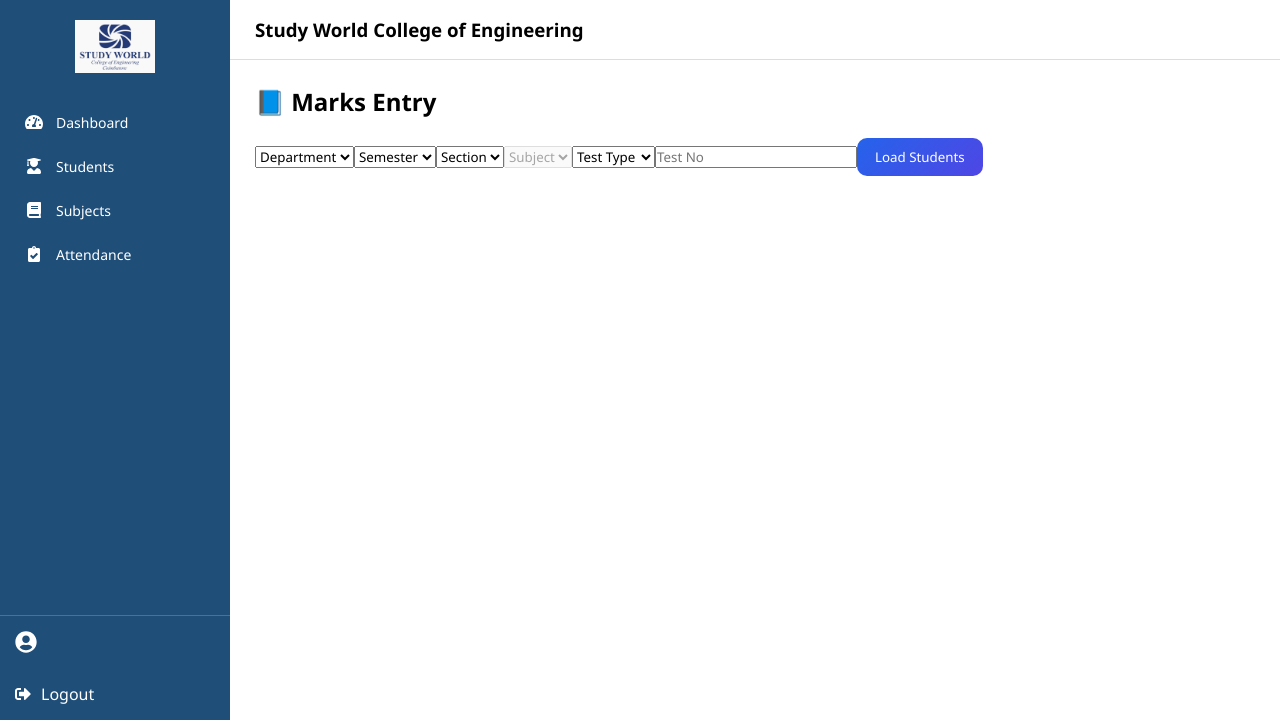
Repository: arthanarieswara/frontend
Page: /marks
These files come from the project's save history. The page is drawn as it stood at one moment and after the next save; the edit follows.
The browser window is 1280 px wide. The pictures show the whole page.
The page's requests for data from a server got no answer. The project was rebuilt for these pictures with package versions that can differ from the ones it lists, and the page was loaded fresh each time. No one was signed in, and anything a server would have sent is missing. Also part of the build but not shown: vite.config.js, src/pages/auth/Login.jsx, src/pages/dashboard/Dashboard.jsx, src/pages/departments/Departments.css, src/pages/departments/Departments.jsx, src/pages/students/Students.css, src/pages/students/Students.jsx, src/pages/faculty/Faculty.css and 11 more.

Above is the page before, as saved 2026-04-09 11:15:48.

After the next save:
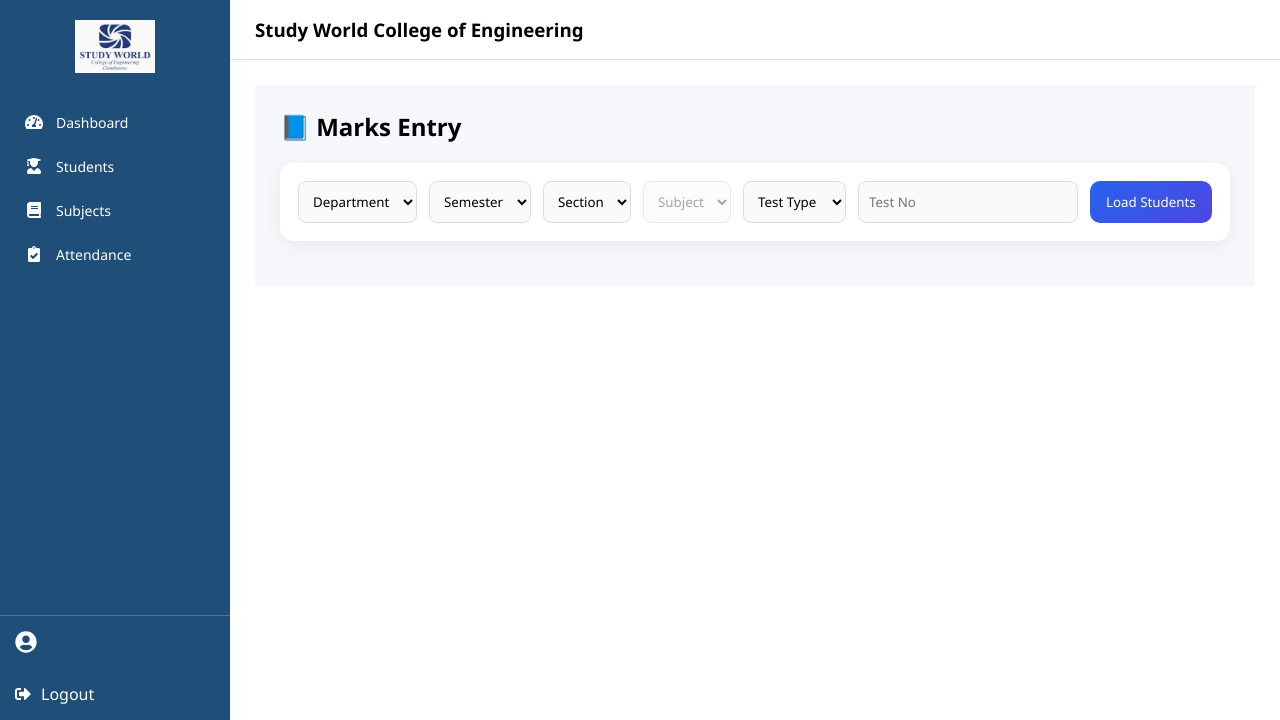
Saved 36 s later.
--- a/src/pages/marks/Marks.css
+++ b/src/pages/marks/Marks.css
@@ -1,53 +1,71 @@
-.marks-page {
+.marks-container {
   padding: 25px;
   background: #f5f7fb;
 }
 
-h2 {
+.page-title {
   margin-bottom: 20px;
 }
 
-/* FILTERS */
-.filters {
+/* FILTER CARD */
+.filter-card {
   display: flex;
   gap: 12px;
   flex-wrap: wrap;
+  background: white;
+  padding: 18px;
+  border-radius: 14px;
+  box-shadow: 0 4px 18px rgba(0,0,0,0.06);
   margin-bottom: 20px;
 }
 
-.filters select,
-.filters input {
-  padding: 8px 10px;
-  border-radius: 6px;
-  border: 1px solid #ccc;
+.filter-card select,
+.filter-card input {
+  padding: 10px;
+  border-radius: 8px;
+  border: 1px solid #ddd;
+  background: #f9fafb;
 }
 
-.filters button {
-  background: #1e5eff;
+.filter-card select:focus,
+.filter-card input:focus {
+  border-color: #2563eb;
+  outline: none;
+  background: white;
+}
+
+/* BUTTON */
+.primary-btn {
+  background: linear-gradient(135deg, #2563eb, #4f46e5);
   color: white;
+  padding: 10px 16px;
+  border-radius: 10px;
   border: none;
-  padding: 8px 15px;
-  border-radius: 6px;
   cursor: pointer;
 }
 
-.filters button:hover {
-  background: #1748c7;
+.primary-btn:hover {
+  transform: scale(1.05);
+}
+
+/* TABLE CARD */
+.table-card {
+  background: white;
+  padding: 20px;
+  border-radius: 16px;
+  box-shadow: 0 6px 20px rgba(0,0,0,0.06);
 }
 
 /* TABLE */
 .marks-table {
   width: 100%;
   border-collapse: collapse;
-  background: white;
-  border-radius: 10px;
-  overflow: hidden;
 }
 
 .marks-table th {
-  background: #1e5eff;
+  background: #2563eb;
   color: white;
-  padding: 12px;
+  padding: 10px;
 }
 
 .marks-table td {
@@ -55,21 +73,22 @@ h2 {
   border-bottom: 1px solid #eee;
 }
 
-.marks-table input {
+/* INPUT */
+.mark-input {
   width: 80px;
-  padding: 5px;
-  border-radius: 4px;
+  padding: 6px;
+  border-radius: 6px;
   border: 1px solid #ccc;
 }
 
-/* BUTTON */
+/* SAVE BUTTON */
 .save-btn {
-  margin-top: 20px;
-  padding: 10px 20px;
+  margin-top: 15px;
   background: #16a34a;
   color: white;
+  padding: 10px 18px;
+  border-radius: 10px;
   border: none;
-  border-radius: 6px;
   cursor: pointer;
 }
 
